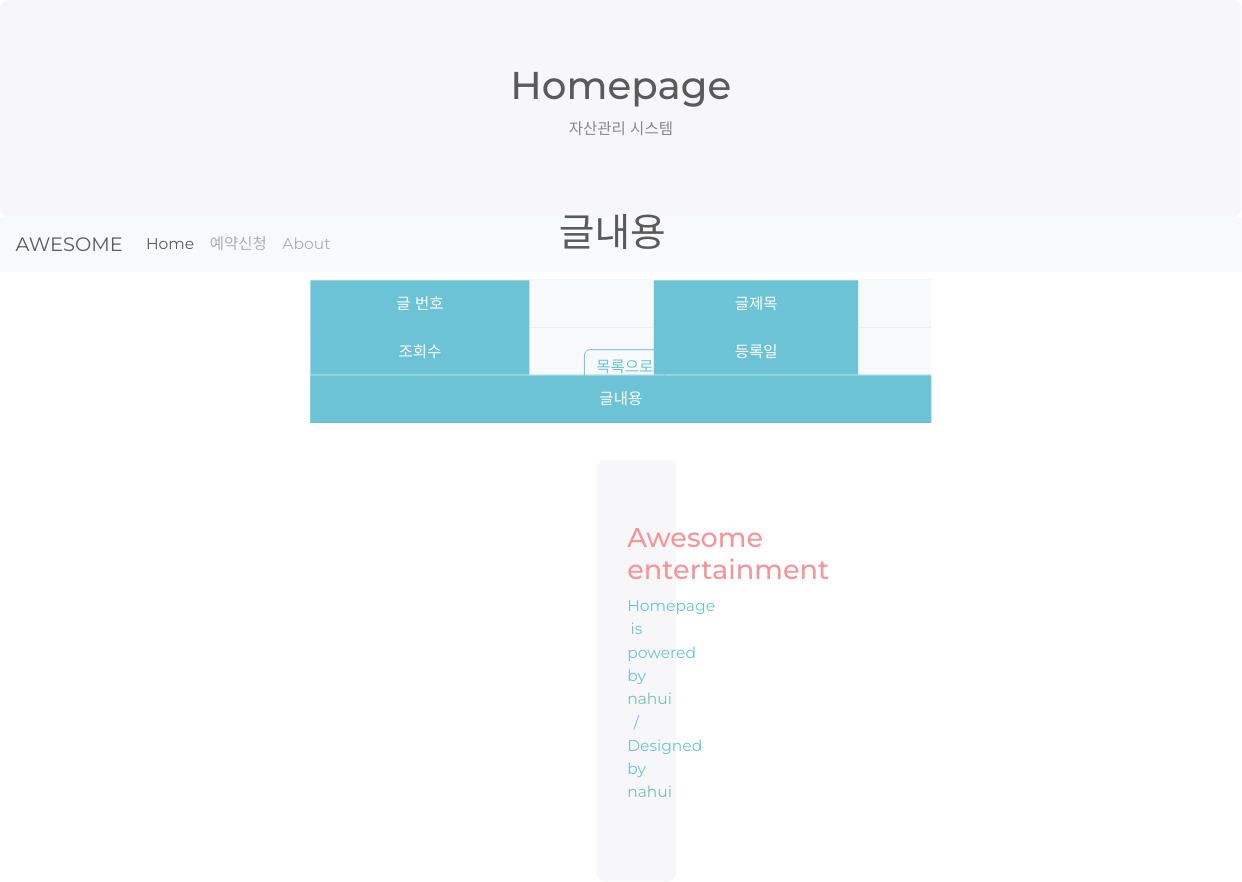
Repository: Nahui068/project1
Page: http://localhost/project1/WEB-INF/views/content.jsp
The author's editor kept a copy of each file at every save. The page is drawn from the files as they stood at one save, then again after the next save.
The browser window is 1280 px wide. The pictures show the whole page, at 97% of full size.
The page is served by Tomcat 9. Nobody is signed in. Other server files are loaded and not shown. The template is opened directly, without the code that normally fills it, so the values that code supplies are empty.

Above is the page before, as saved 2021-01-07 02:44:45.

### project1/src/main/webapp/WEB-INF/views/content.jsp
<%@ page language="java" contentType="text/html; charset=UTF-8"
    pageEncoding="UTF-8"%>
<%@ taglib prefix="c" uri="http://java.sun.com/jsp/jstl/core" %>
<%@ taglib prefix="fmt" uri="http://java.sun.com/jsp/jstl/fmt" %>
<%@ include file="/WEB-INF/views/include/header.jsp" %>

<!DOCTYPE html>
<html>
<head>
<meta charset="UTF-8">
<title>게시글 내용</title>
</head>


<body>
	<h1 style="position:absolute; top:30%; left:45%;">글내용</h1>
	<table class="table table-hover" style="text-align:center; position:absolute; top:40%; left:25%; width:50%;">
		<tr>
			<td class="table-info">글 번호</td><td class="table-light" style="width:20%;">${content.num}</td>
			<td class="table-info">글제목</td><td class="table-light">${content.title}</td>
		</tr>
		<tr>
			<td class="table-info">조회수</td><td class="table-light">${content.readcount}</td>
			<td class="table-info">등록일</td>
			<fmt:formatDate var="dateTempParse" pattern="yyyy-MM-dd" value="${content.reg}"/>
			<td class="table-light"><c:out value="${dateTempParse}"></c:out></td>
		</tr>
		<tr class="table-info">
			<td colspan="4">글내용</td>
		</tr>
		<tr>
			<td colspan="4">${content.content}</td>
		</tr>
	</table>
	<button type="button" class="btn btn-outline-info" style="position:absolute; top:50%; left:47%;"onClick="location.href='/project1/board_select'">목록으로
	<%@ include file="/WEB-INF/views/include/footer.jsp" %>
</body>
</html>

### project1/src/main/webapp/WEB-INF/views/include/header.jsp
<%@ page language="java" contentType="text/html; charset=UTF-8"
    pageEncoding="UTF-8"%>
<%@ taglib prefix="c" uri="http://java.sun.com/jsp/jstl/core" %>

<!DOCTYPE html>
<html>
<head>
	<meta charset="UTF-8">
	<meta name="viewport" content="width=device-width, initial-scale=1">

	<!-- JS -->
	<script src="https://ajax.googleapis.com/ajax/libs/jquery/3.3.1/jquery.min.js"></script>
	<script src="https://cdnjs.cloudflare.com/ajax/libs/popper.js/1.14.3/umd/popper.min.js"></script>
	<script src="https://maxcdn.bootstrapcdn.com/bootstrap/4.1.3/js/bootstrap.min.js"></script>


</head>
<body>
	<div class="jumbotron text-center mb-0">
		<h1>Homepage</h1> <p>자산관리 시스템</p>
	</div>
	<nav class="navbar navbar-expand-lg navbar-light bg-light">
  <a class="navbar-brand" href="/project1/board_select">AWESOME</a>
  <button class="navbar-toggler" type="button" data-toggle="collapse" data-target="#navbarColor03" aria-controls="navbarColor03" aria-expanded="false" aria-label="Toggle navigation">
    <span class="navbar-toggler-icon"></span>
  </button>

  <div class="collapse navbar-collapse" id="navbarColor03">
    <ul class="navbar-nav mr-auto">
      <li class="nav-item active">
        <a class="nav-link" href="/project1/board_select">Home
          <span class="sr-only">(current)</span>
        </a>
      </li>
<!--       <li class="nav-item">
        <a class="nav-link" href="#">예약현황</a>
      </li> -->
      <li class="nav-item">
        <a class="nav-link" href="/project1/reservation">예약신청</a>
      </li>
      <li class="nav-item">
        <a class="nav-link" href="#">About</a>
      </li>
      <c:if test="${sessionScope.id == 'admin'}">
	     <li class="nav-item dropdown">
	        <a class="nav-link dropdown-toggle" data-toggle="dropdown" href=# role="button" aria-haspopup="true" aria-expanded="false">관리자</a>
	        <div class="dropdown-menu">
	          <a class="dropdown-item" href="/project1/admin_board">게시글 관리</a> <!-- 게시글 등록 및 목록(수정,삭제) -->
	          <a class="dropdown-item" href="#">직원관리</a> <!-- 회원 등록, 수정, 삭제 -->
	          <a class="dropdown-item" href="#">Something else here</a>
	          <div class="dropdown-divider"></div>
	          <a class="dropdown-item" href="#">Separated link</a>
	        </div>
	      </li>
      </c:if>
    </ul>
 <c:if test="${sessionScope.id !=null}">
    	 ${sessionScope.id}
    	 <input type="button" value="로그아웃" onclick="location.href='/project1/logout'">
    	 <c:if test="${sessionScope.id == 'admin' }">
    	 		<input type="button" value="글등록" onClick="location.href='/project1/board_form'">
    	 </c:if>
    </c:if>
 </div>

</nav>
</body>
</html>

### project1/src/main/webapp/WEB-INF/views/include/footer.jsp
<%@ page language="java" contentType="text/html; charset=UTF-8"
    pageEncoding="UTF-8"%>
<!DOCTYPE html>
<html>
<head>
<meta charset="UTF-8">
<link href="resources/css/bootstrap.min.css" rel="stylesheet" type="text/css">
<link href="resources/css/style-css.css" rel="stylesheet" type="text/css">
</head>
<body>
<!-- footer -->
<div id="footer" class="jumbotron text-center mt-5 mb-0" style="position:absolute;width:100%; top:180%;">
	<h3 class="text-secondary">Awesome entertainment</h3>
	<p>Homepage is powered by <span class="text-primary">nahui</span> / Designed by <span class="text-primary">nahui</span></p>
</div>

</body>
</html>

### project1/src/main/webapp/resources/css/style-css.css
@charset "UTF-8";

#stu_btn{
	margin-right:20px;
}

#meet_btn{
	margin-left:40px;
}

Loaded but not shown: project1/src/main/webapp/resources/css/bootstrap.min.css (library)

After the next save:
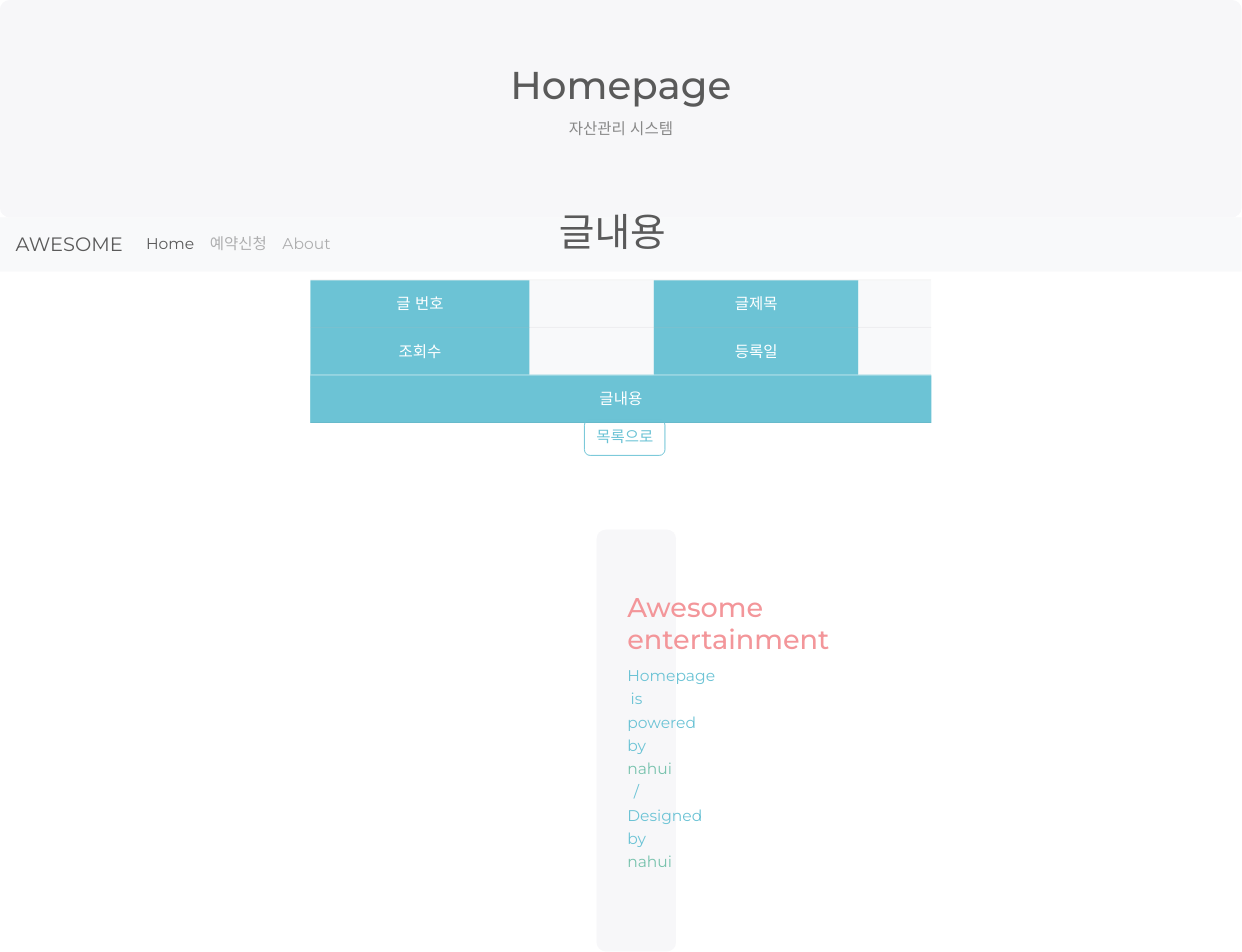
Saved 20 s later.
--- a/project1/src/main/webapp/WEB-INF/views/content.jsp
+++ b/project1/src/main/webapp/WEB-INF/views/content.jsp
@@ -32,7 +32,7 @@
 			<td colspan="4">${content.content}</td>
 		</tr>
 	</table>
-	<button type="button" class="btn btn-outline-info" style="position:absolute; top:50%; left:47%;"onClick="location.href='/project1/board_select'">목록으로
+	<button type="button" class="btn btn-outline-info" style="position:absolute; top:60%; left:47%;"onClick="location.href='/project1/board_select'">목록으로
 	<%@ include file="/WEB-INF/views/include/footer.jsp" %>
 </body>
 </html>
